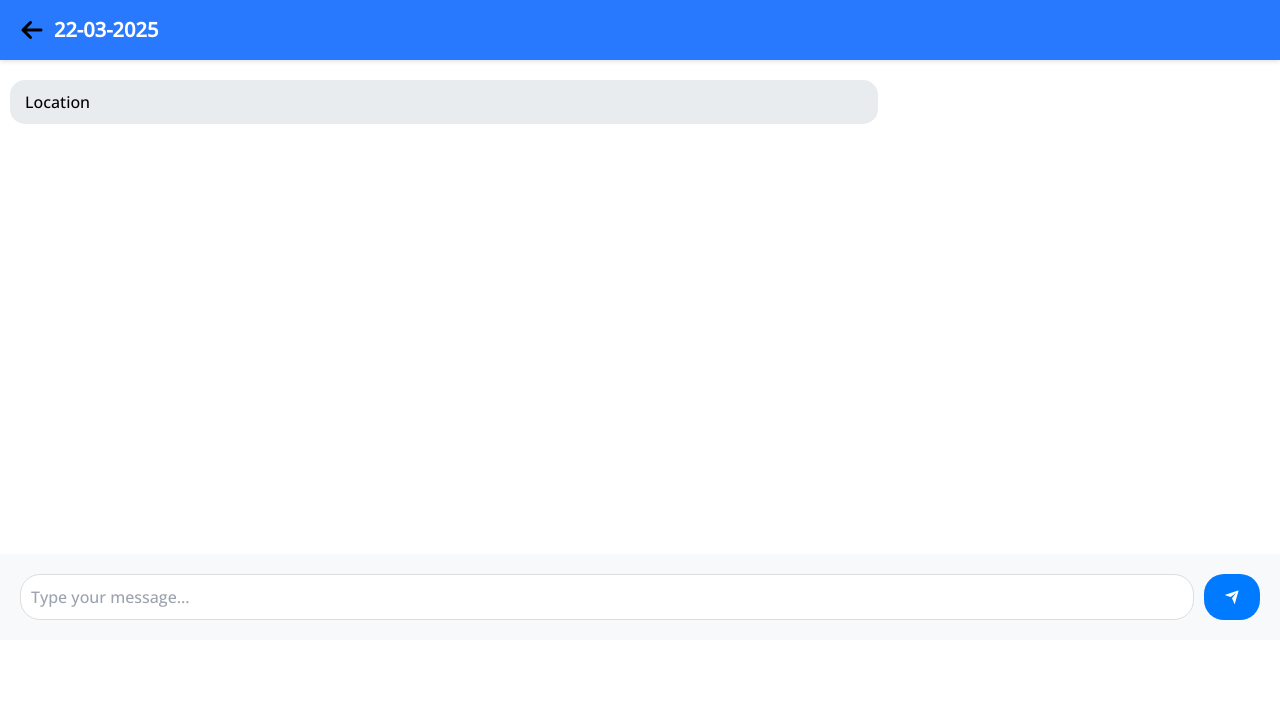
Repository: shash0708/GMR-Lines
Page: /bot (app in frontend/)
These files come from the project's save history. The page is drawn as it stood at one moment and after a run of saves; the edit follows.
The browser window is 1280 px wide. The pictures show the whole page.
The page's requests for data from a server got no answer. Some web libraries are served in a nearby version. The project was rebuilt for these pictures with package versions that can differ from the ones it lists, and the page was loaded fresh each time. No one was signed in, and anything a server would have sent is missing. Also part of the build but not shown: frontend/src/components/Footer/Footer.css, frontend/src/components/Footer/Footer.component.jsx, frontend/src/components/Form/Form.component.jsx, frontend/src/components/Profile/Profile.jsx, frontend/src/components/Card/Card.jsx, frontend/src/components/Card/Card.component.jsx, frontend/src/components/Data/DataCard.jsx, frontend/src/components/speedDail/SpeedDail.component.jsx and 8 more.

Above is the page before, as saved 2025-03-22 14:51:14.

After the next 2 saves:
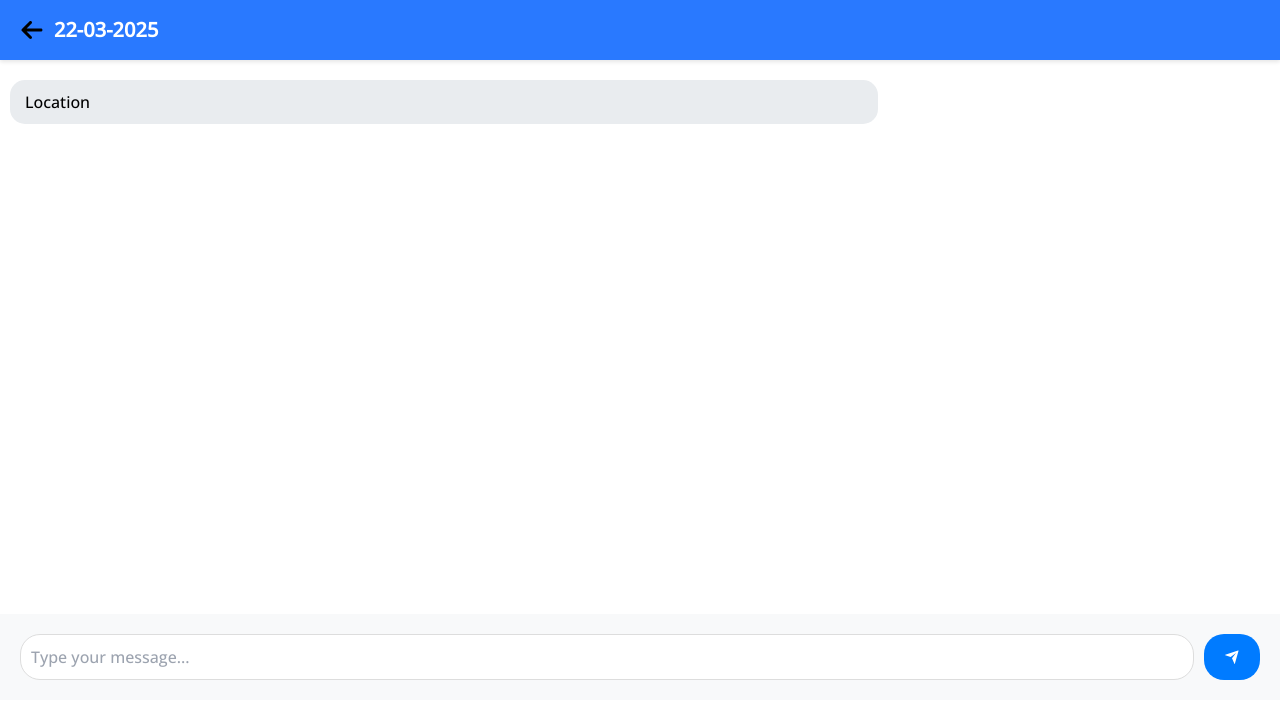
The 2 saves are shown as one change because they came seconds apart.
The last was saved 8 s later.
--- a/frontend/src/components/bot/chatwindow.css
+++ b/frontend/src/components/bot/chatwindow.css
@@ -78,7 +78,7 @@
     padding: 20px;
     background-color: #f8f9fa;
     gap: 10px;
-    margin-bottom: 10px;
+    margin-bottom: -50px;
   }
 
   .input-container input {
